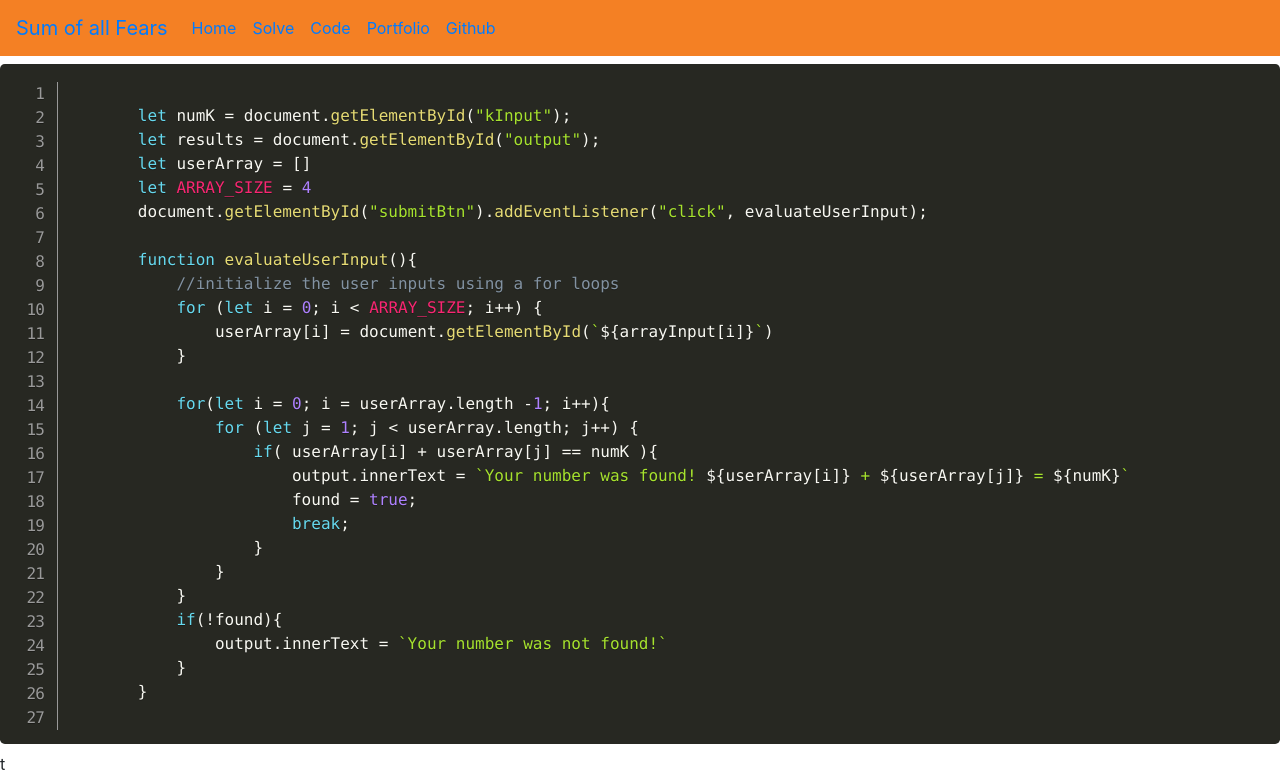
Repository: zhadjah9559/BrainBufferOverflow
Page: code.html
The author's editor kept a copy of each file at every save. The page is drawn from the files as they stood at one save, then again after a run of saves.
The browser window is 1280 px wide. The pictures show the whole page.

Above is the page before, as saved 2021-01-18 00:59:39.

After the next 2 saves:
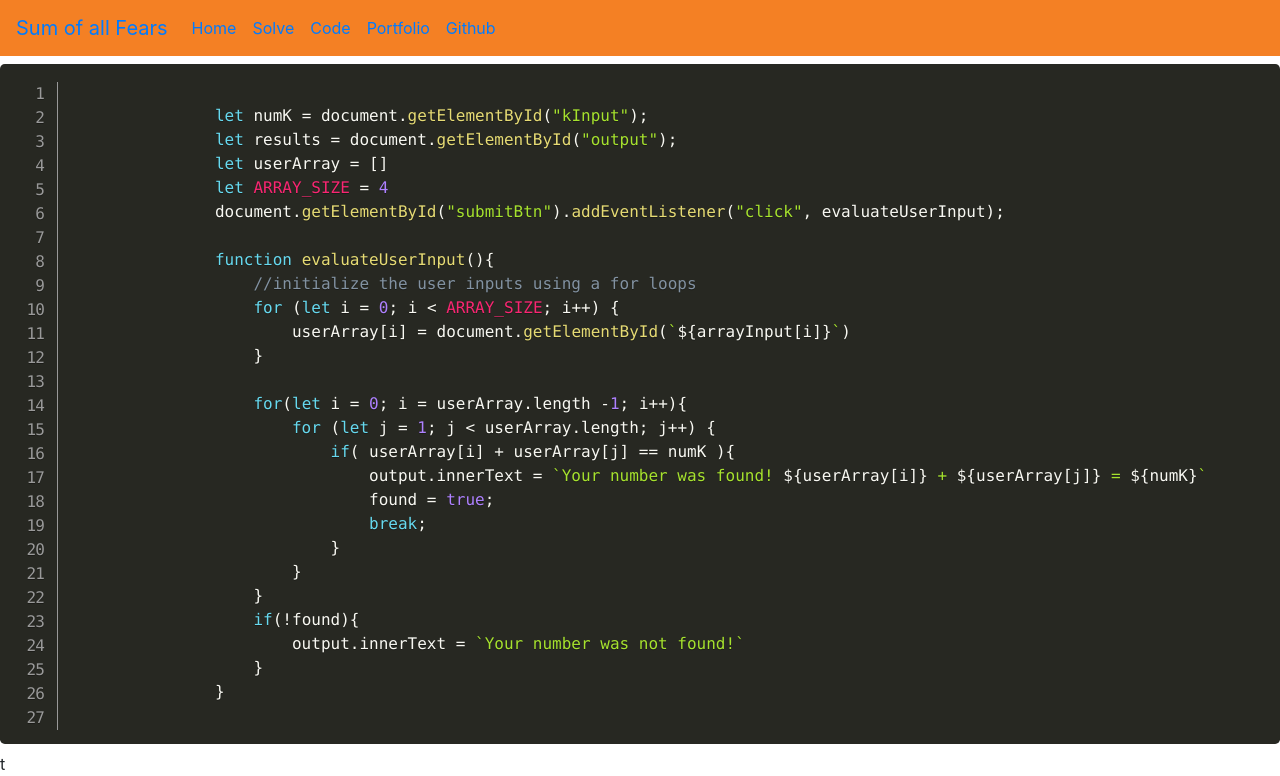
The 2 saves are shown as one change because they came seconds apart.
The last was saved 31 s later.
--- a/code.html
+++ b/code.html
@@ -40,31 +40,31 @@
     </nav>
 
     <pre class="line-numbers language-javascript"> <code class="language-javascript">
-        let numK = document.getElementById("kInput");
-        let results = document.getElementById("output");
-        let userArray = []
-        let ARRAY_SIZE = 4
-        document.getElementById("submitBtn").addEventListener("click", evaluateUserInput);
+                let numK = document.getElementById("kInput");
+                let results = document.getElementById("output");
+                let userArray = []
+                let ARRAY_SIZE = 4
+                document.getElementById("submitBtn").addEventListener("click", evaluateUserInput);
 
-        function evaluateUserInput(){
-            //initialize the user inputs using a for loops
-            for (let i = 0; i < ARRAY_SIZE; i++) {
-                userArray[i] = document.getElementById(`${arrayInput[i]}`)
-            }
+                function evaluateUserInput(){
+                    //initialize the user inputs using a for loops
+                    for (let i = 0; i < ARRAY_SIZE; i++) {
+                        userArray[i] = document.getElementById(`${arrayInput[i]}`)
+                    }
 
-            for(let i = 0; i = userArray.length -1; i++){
-                for (let j = 1; j < userArray.length; j++) {
-                    if( userArray[i] + userArray[j] == numK ){
-                        output.innerText = `Your number was found! ${userArray[i]} + ${userArray[j]} = ${numK}`
-                        found = true;
-                        break;
+                    for(let i = 0; i = userArray.length -1; i++){
+                        for (let j = 1; j < userArray.length; j++) {
+                            if( userArray[i] + userArray[j] == numK ){
+                                output.innerText = `Your number was found! ${userArray[i]} + ${userArray[j]} = ${numK}`
+                                found = true;
+                                break;
+                            }
+                        }
+                    }
+                    if(!found){
+                        output.innerText = `Your number was not found!`
                     }
                 }
-            }
-            if(!found){
-                output.innerText = `Your number was not found!`
-            }
-        }
     </code></pre>
 
 

After the save that followed:
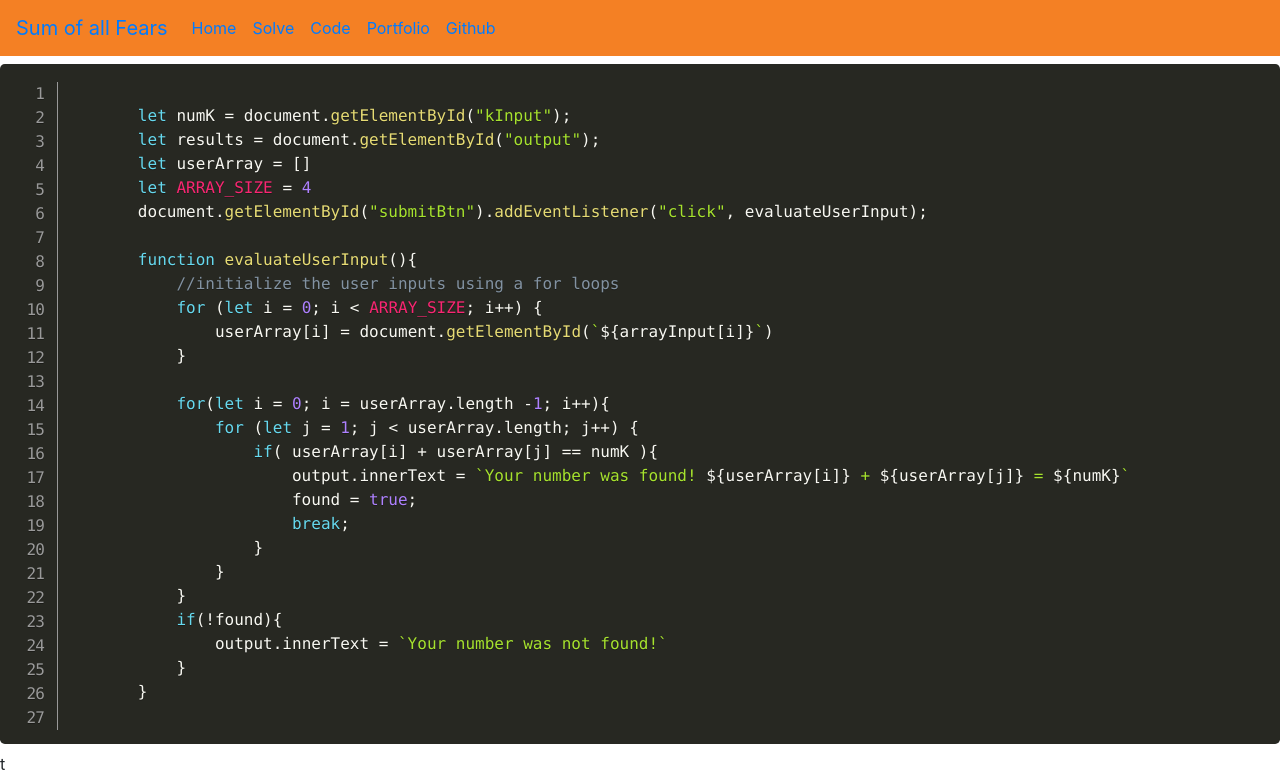
Saved 5 s later.
--- a/code.html
+++ b/code.html
@@ -40,31 +40,31 @@
     </nav>
 
     <pre class="line-numbers language-javascript"> <code class="language-javascript">
-                let numK = document.getElementById("kInput");
-                let results = document.getElementById("output");
-                let userArray = []
-                let ARRAY_SIZE = 4
-                document.getElementById("submitBtn").addEventListener("click", evaluateUserInput);
+        let numK = document.getElementById("kInput");
+        let results = document.getElementById("output");
+        let userArray = []
+        let ARRAY_SIZE = 4
+        document.getElementById("submitBtn").addEventListener("click", evaluateUserInput);
 
-                function evaluateUserInput(){
-                    //initialize the user inputs using a for loops
-                    for (let i = 0; i < ARRAY_SIZE; i++) {
-                        userArray[i] = document.getElementById(`${arrayInput[i]}`)
-                    }
+        function evaluateUserInput(){
+            //initialize the user inputs using a for loops
+            for (let i = 0; i < ARRAY_SIZE; i++) {
+                userArray[i] = document.getElementById(`${arrayInput[i]}`)
+            }
 
-                    for(let i = 0; i = userArray.length -1; i++){
-                        for (let j = 1; j < userArray.length; j++) {
-                            if( userArray[i] + userArray[j] == numK ){
-                                output.innerText = `Your number was found! ${userArray[i]} + ${userArray[j]} = ${numK}`
-                                found = true;
-                                break;
-                            }
-                        }
-                    }
-                    if(!found){
-                        output.innerText = `Your number was not found!`
+            for(let i = 0; i = userArray.length -1; i++){
+                for (let j = 1; j < userArray.length; j++) {
+                    if( userArray[i] + userArray[j] == numK ){
+                        output.innerText = `Your number was found! ${userArray[i]} + ${userArray[j]} = ${numK}`
+                        found = true;
+                        break;
                     }
                 }
+            }
+            if(!found){
+                output.innerText = `Your number was not found!`
+            }
+        }
     </code></pre>
 
 
